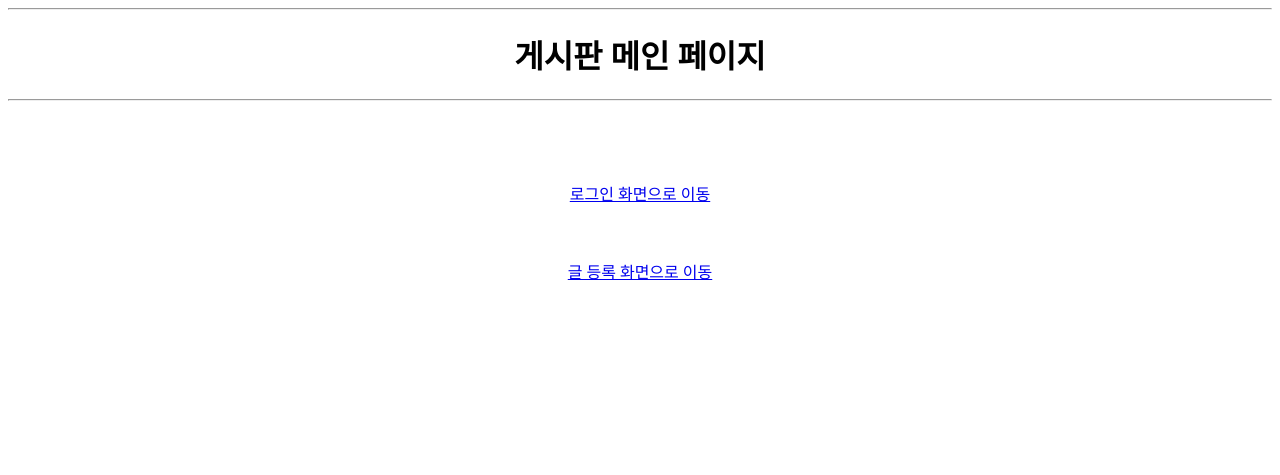
Repository: CDANIEL0123/Spring_Mybatis_test
Page: http://localhost/BoardWeb/
The author's editor kept a copy of each file at every save. The page is drawn from the files as they stood at one save, then again after the next save.
The browser window is 1280 px wide. The pictures show the whole page.
The page is served by Tomcat 10.

Above is the page before, as saved 2025-05-22 00:23:30.

After the next save:
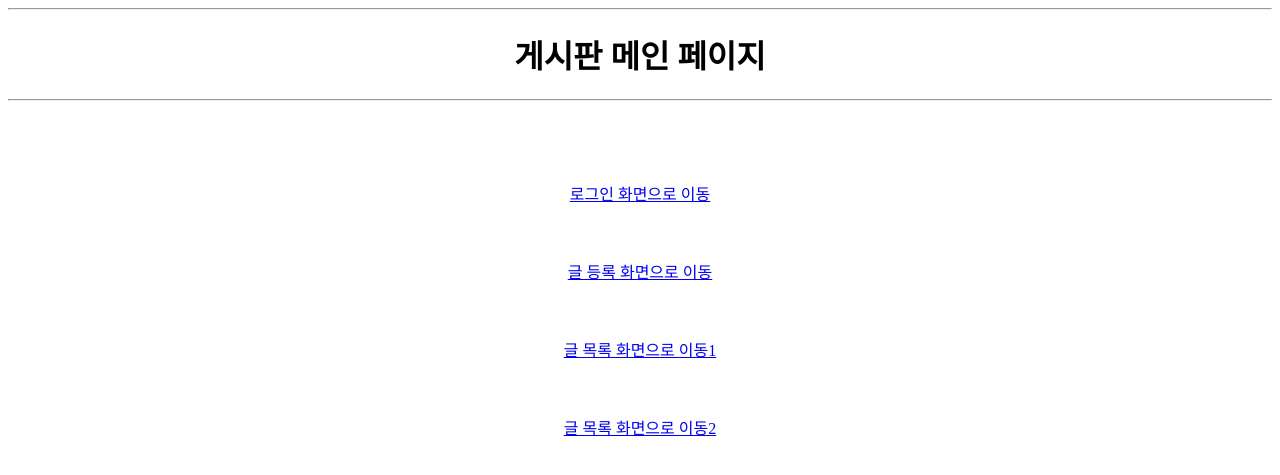
Saved 70 min 15 s later.
--- a/BoardWeb/src/main/webapp/index.jsp
+++ b/BoardWeb/src/main/webapp/index.jsp
@@ -15,6 +15,10 @@
 <a href="login.jsp">로그인 화면으로 이동</a>
 <br><br><br><br>
 <a href="insertBoard.jsp">글 등록 화면으로 이동</a>
+<br><br><br><br>
+<a href="getBoardList.do">글 목록 화면으로 이동1</a>
+<br><br><br><br>
+<a href="searchBoardList.do">글 목록 화면으로 이동2</a>
 </center>
 </body>
 </html>

After the save that followed:
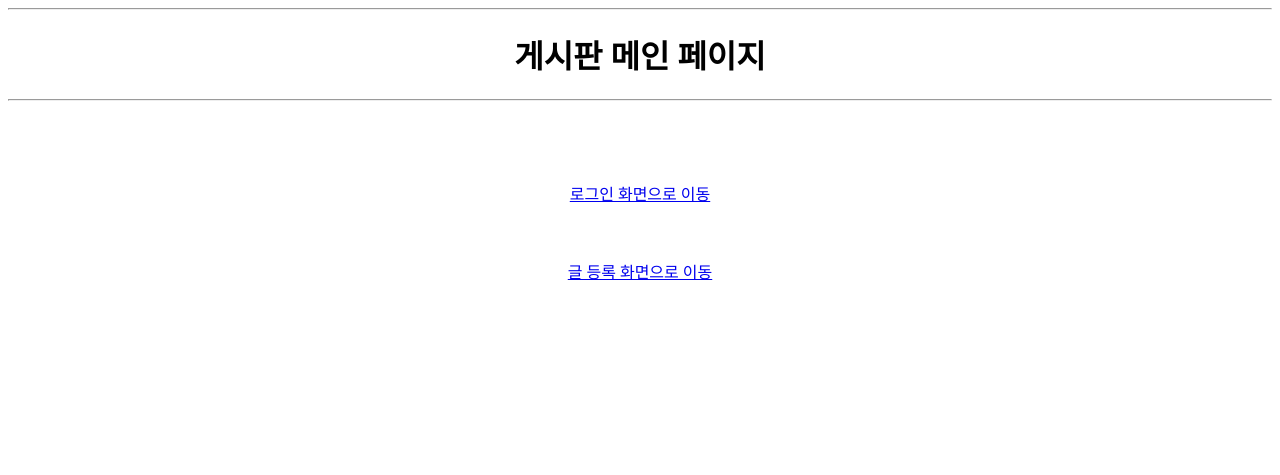
Saved 67 s later.
--- a/BoardWeb/src/main/webapp/index.jsp
+++ b/BoardWeb/src/main/webapp/index.jsp
@@ -15,10 +15,6 @@
 <a href="login.jsp">로그인 화면으로 이동</a>
 <br><br><br><br>
 <a href="insertBoard.jsp">글 등록 화면으로 이동</a>
-<br><br><br><br>
-<a href="getBoardList.do">글 목록 화면으로 이동1</a>
-<br><br><br><br>
-<a href="searchBoardList.do">글 목록 화면으로 이동2</a>
 </center>
 </body>
 </html>
